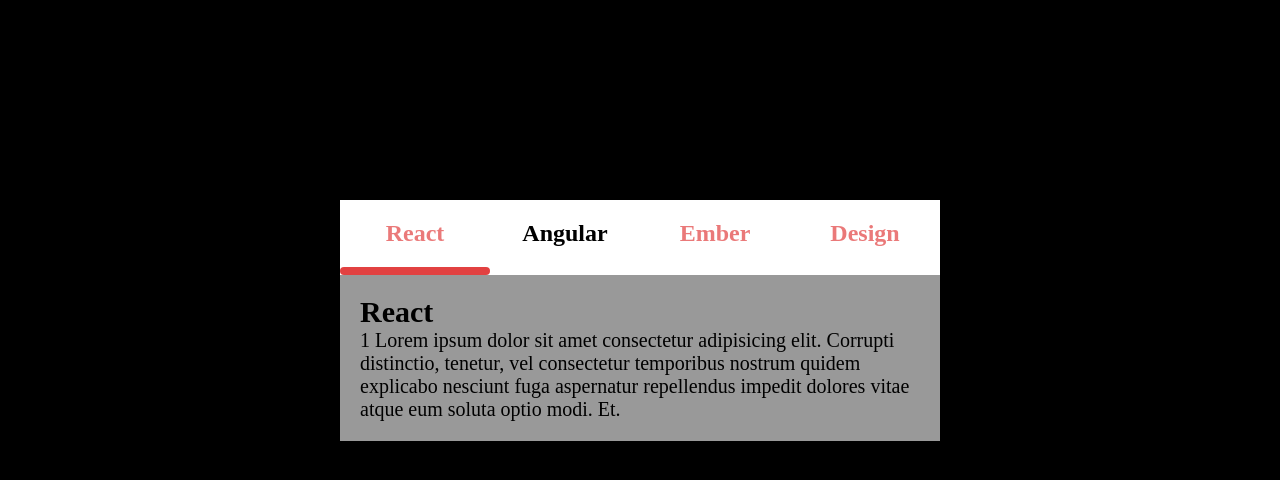
Repository: PCTai/javascript-coban
Page: tab UI/index.html
These files come from the project's save history. The page is drawn as it stood at one moment and after the next save; the edit follows.
The browser window is 1280 px wide. The pictures show the whole page.

Above is the page before, as saved 2022-02-10 10:03:04.

After the next save:
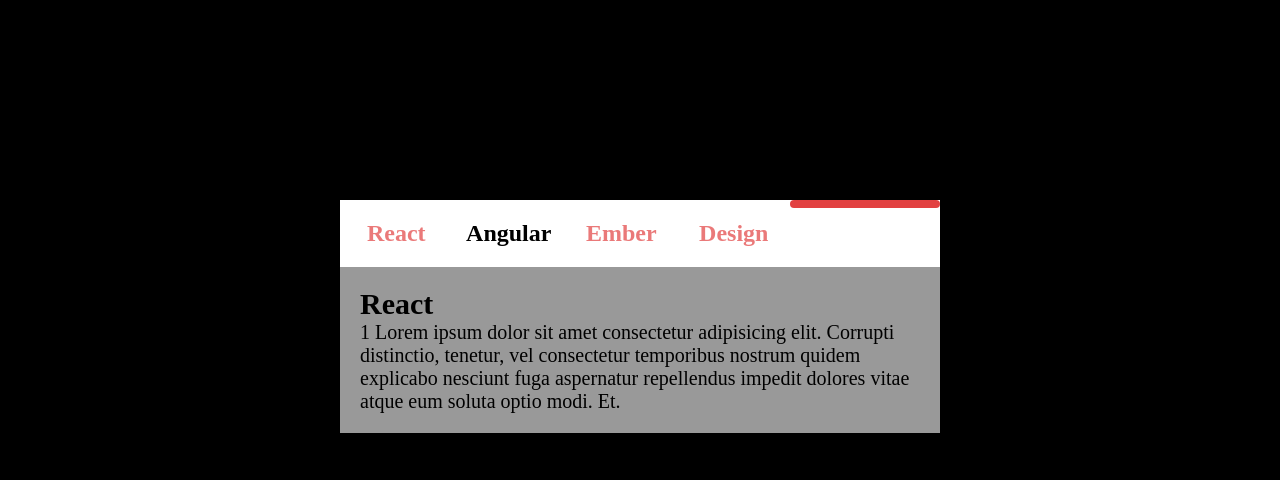
Saved 2 min 52 s later.
--- a/tab UI/index.html
+++ b/tab UI/index.html
@@ -14,9 +14,9 @@
             <div class="tab-item active">Angular</div>
             <div class="tab-item">Ember</div>
             <div class="tab-item">Design</div>
+            <div class="tab-line"></div>
+        </div>
 
-        </div>
-        <div class="tab-line"></div>
         <div class="box">
             <div class="box-item active">
                 <h2>React</h2>
